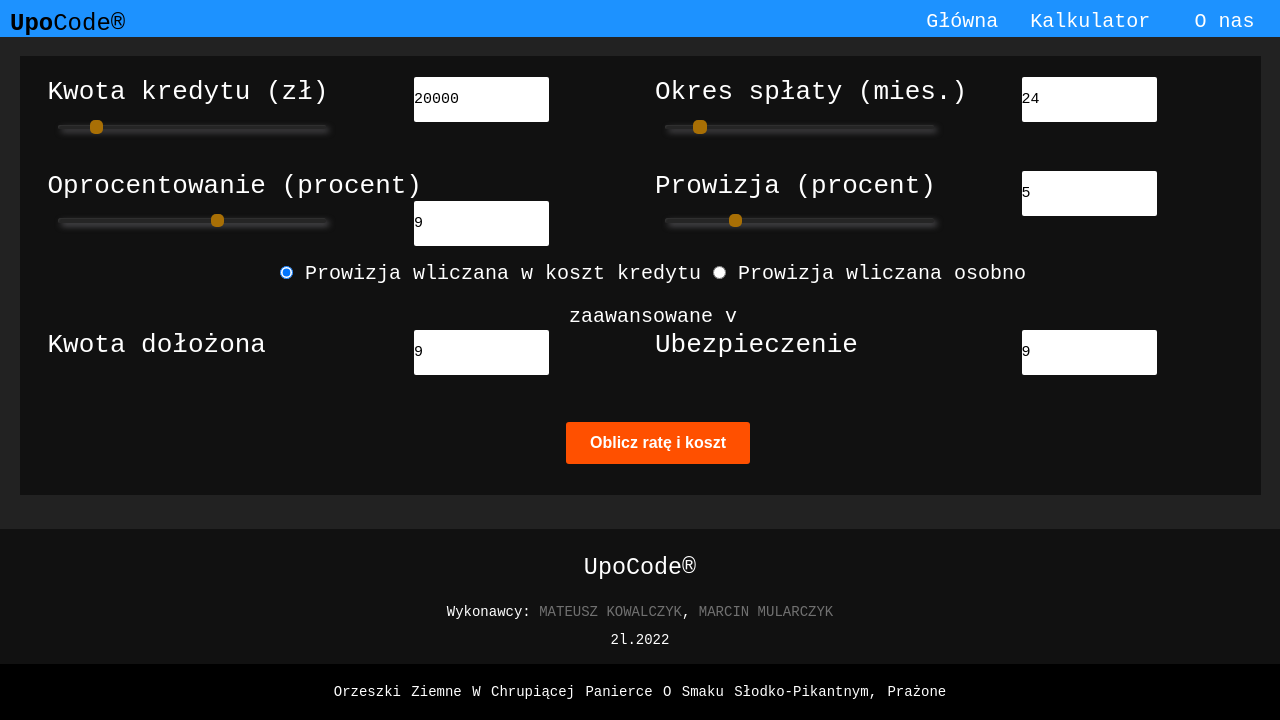
Repository: Klemingway/egzamin
Page: kalkulator.html
An editor plug-in stored every save of this project. The page is shown before and after the next save, followed by the edit.
The browser window is 1280 px wide. The pictures show the whole page.

Above is the page before, as saved 2023-01-25 12:11:56.

After the next save:
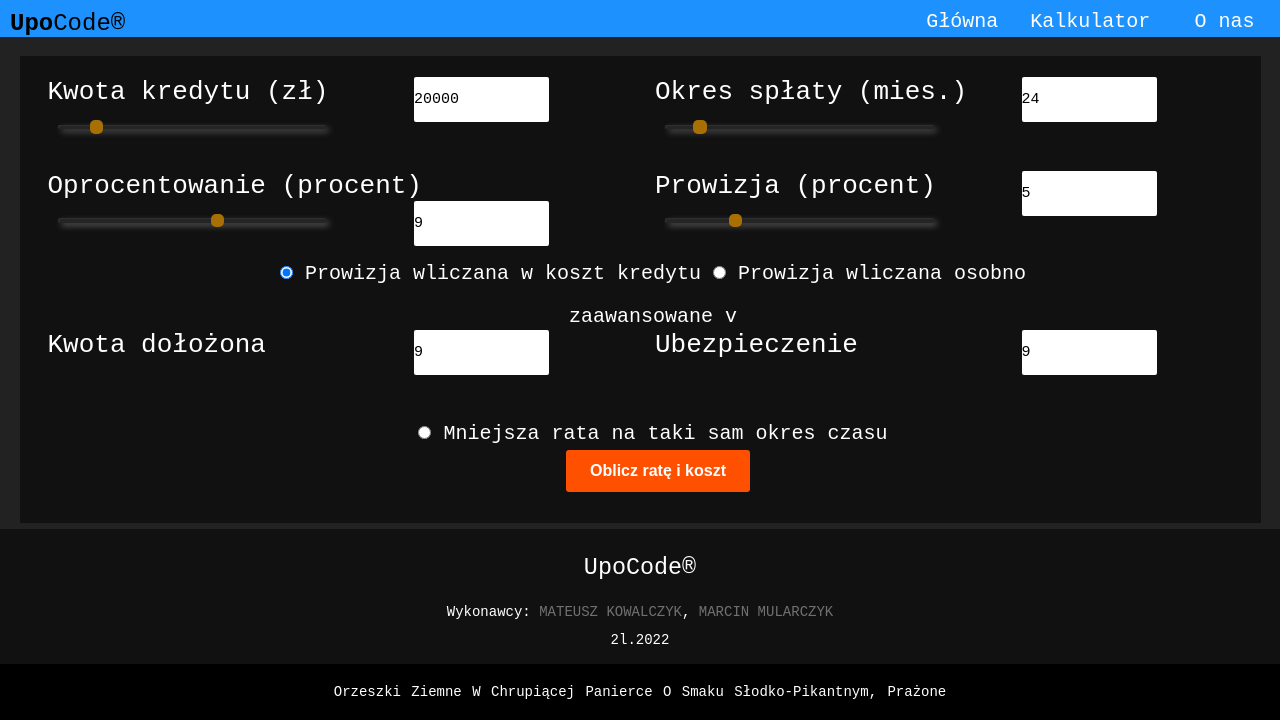
Saved 45 s later.
--- a/kalkulator.html
+++ b/kalkulator.html
@@ -71,7 +71,10 @@
         <input type="text" name="ubezpieczenie" pattern="[0-9]" id="ubezpieczenie" class="wej" value="9">
     </div>
     <div id="d10" class="dradio">
-
+        <label>
+            <input type="radio" name="choice2" class="radio" value="rat_tyle_samo">
+            Mniejsza rata na taki sam okres czasu
+        </label>
     </div>
     <div id="d7">
         <input type="button" id="guzik" value="Oblicz ratę i koszt" onclick="test()">
